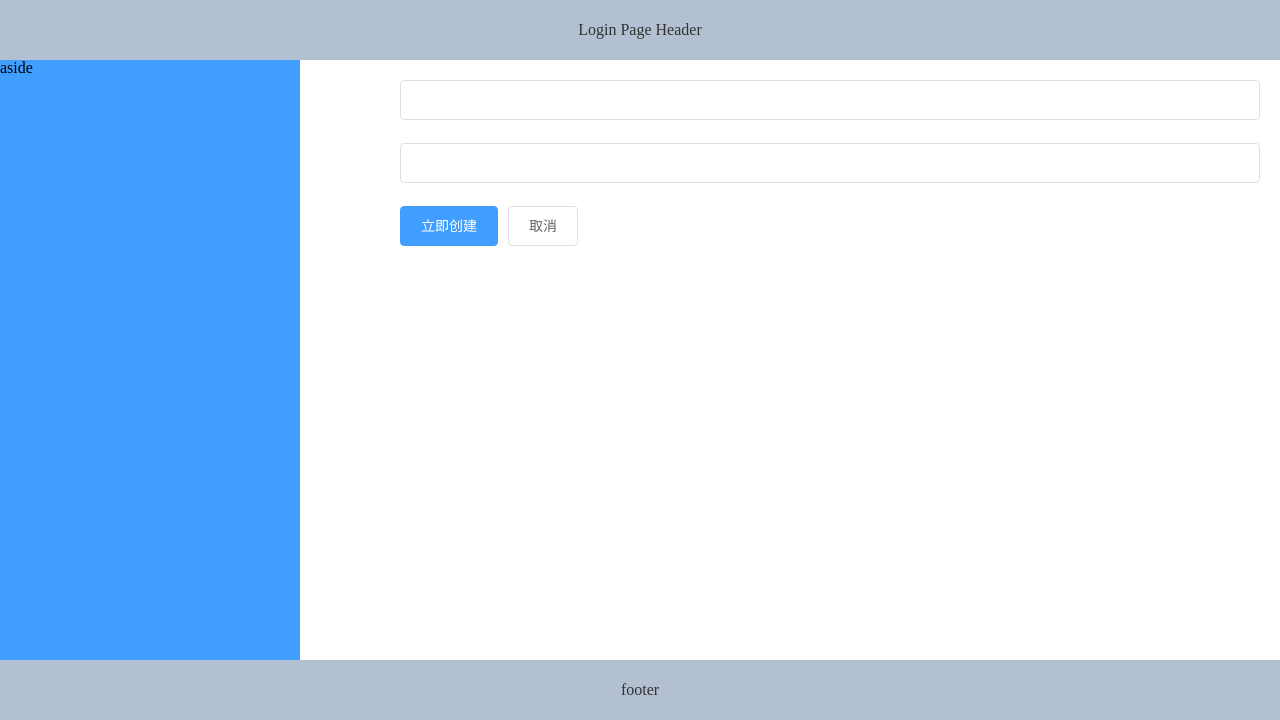
Repository: code1379/vue2-element
Page: /#/login (app in element-admin/)
An editor plug-in stored every save of this project. The page is shown before and after the next save, followed by the edit.
The browser window is 1280 px wide. The pictures show the whole page.
The project was rebuilt for these pictures with package versions that can differ from the ones it lists, and the page was loaded fresh each time. Also part of the build but not shown: element-admin/vue.config.js.

Above is the page before, as saved 2021-06-14 20:04:01.

After the next save:
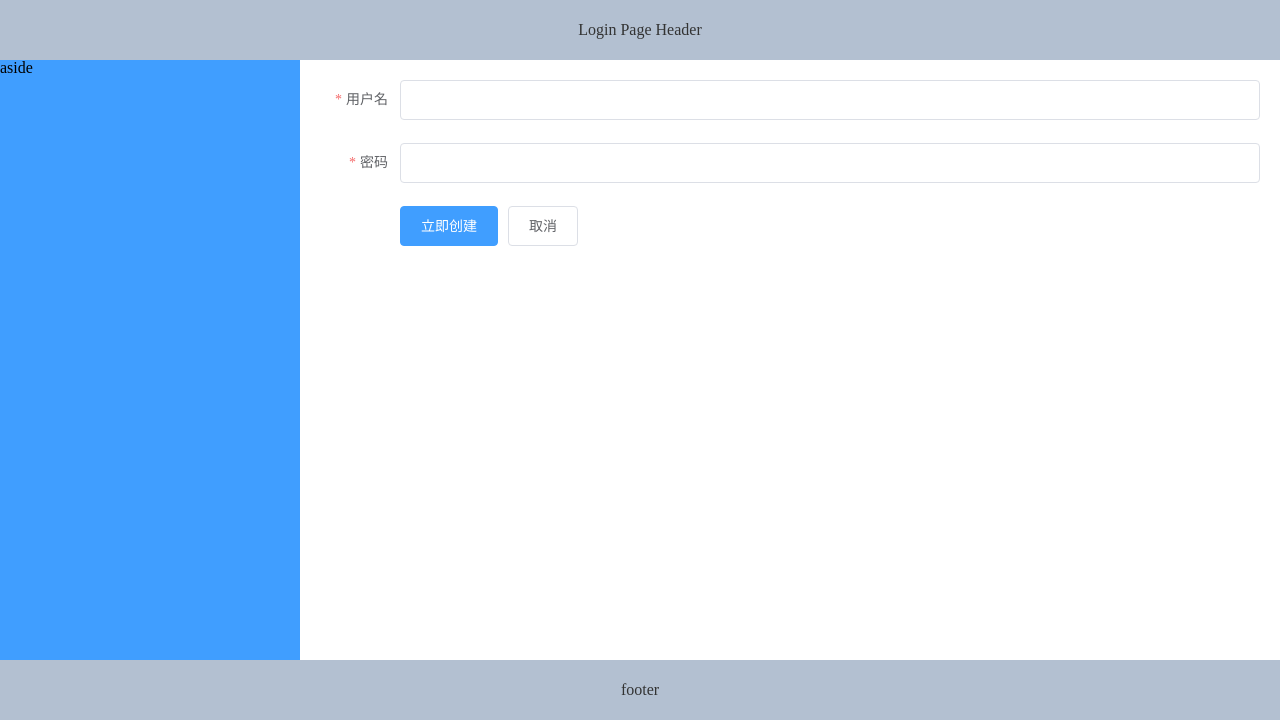
Saved 10 min 45 s later.
--- a/element-admin/src/views/login/Login.vue
+++ b/element-admin/src/views/login/Login.vue
@@ -12,10 +12,10 @@
           :inline="false"
           size="normal"
         >
-          <el-form-item label="">
+          <el-form-item label="用户名" prop="username">
             <el-input v-model="form.username"></el-input>
           </el-form-item>
-          <el-form-item label="">
+          <el-form-item label="密码" prop="password">
             <el-input v-model="form.password"></el-input>
           </el-form-item>
           <el-form-item>
